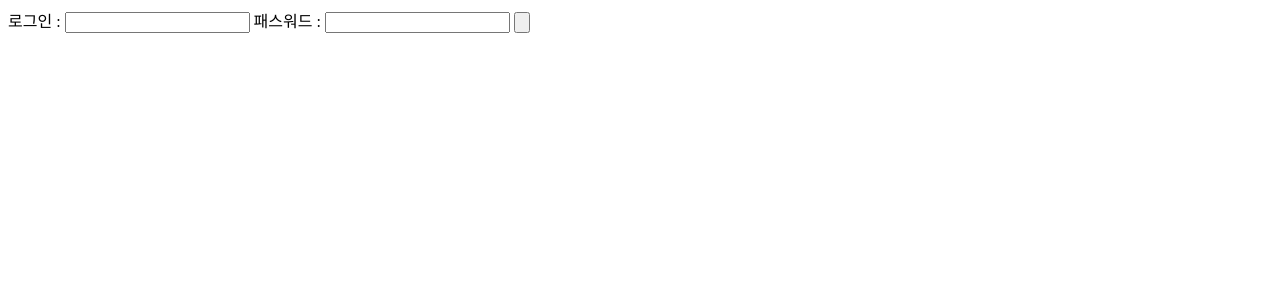
Repository: sagong0/servelet_home
Page: web/src/main/webapp/test.html
These files come from the project's save history. The page is drawn as it stood at one moment and after the next save; the edit follows.
The browser window is 1280 px wide. The pictures show the whole page.

Above is the page before, as saved 2023-08-08 13:04:51.

After the next save:
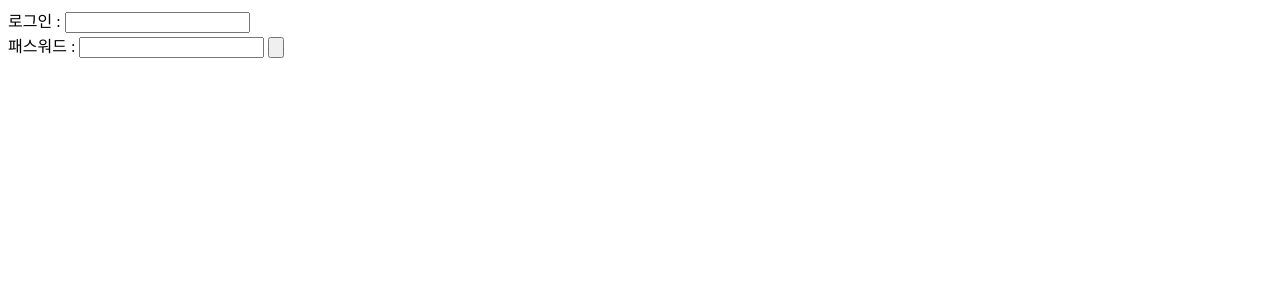
Saved 35 s later.
--- a/web/src/main/webapp/test.html
+++ b/web/src/main/webapp/test.html
@@ -5,7 +5,7 @@
 <title>Test Page</title>
 </head>
 <body>
-	로그인 : <input type="text" id="mid" name="idid">
+	로그인 : <input type="text" id="mid" name="idid"><br/>
 	패스워드 : <input type="password" id="mpass" name="pwpw">
 
 	 <input type="button" onclick="play()">
